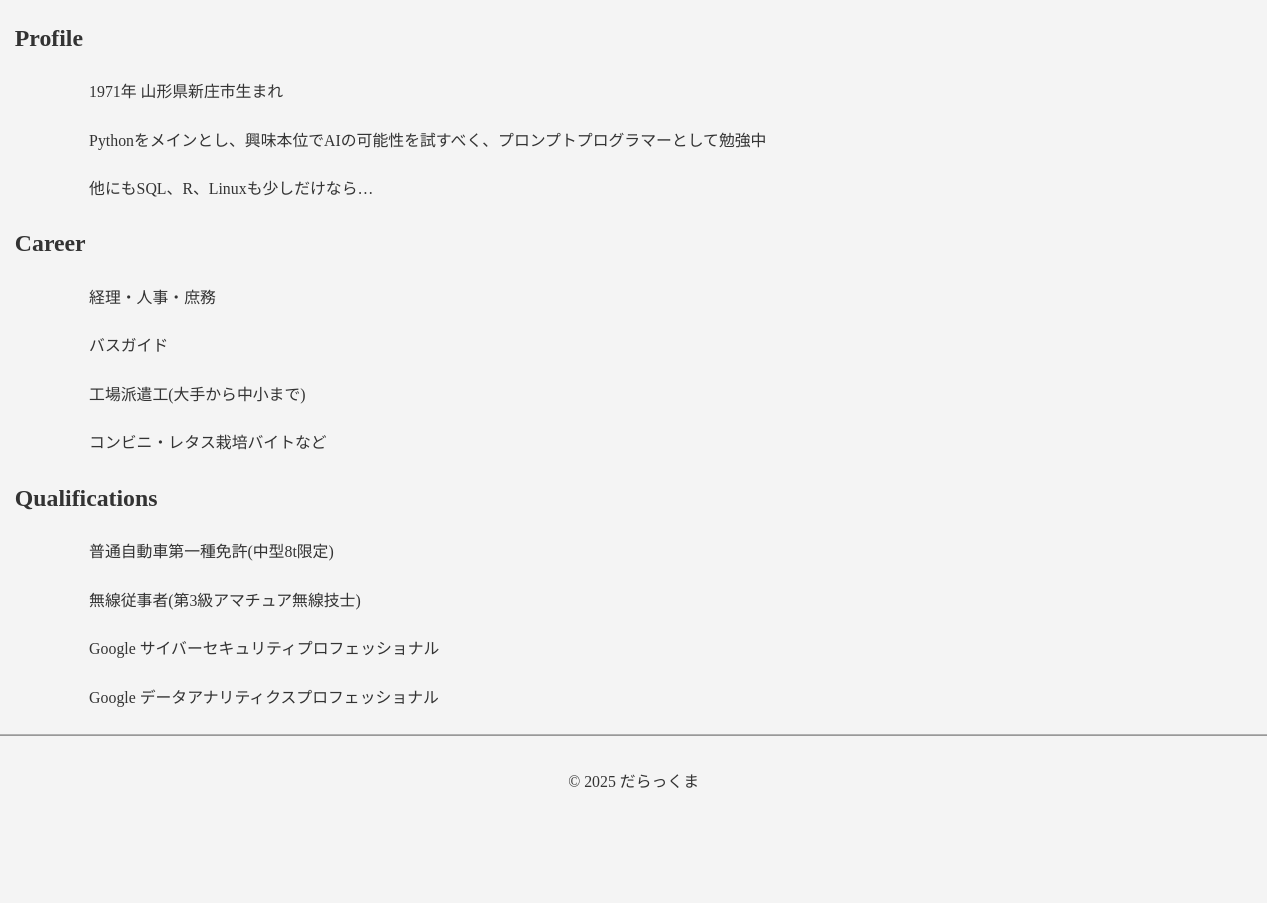
Repository: rydeen7907/html
Page: profile.html
The author's editor kept a copy of each file at every save. The page is drawn from the files as they stood at one save, then again after the next save.
The browser window is 1280 px wide. The pictures show the whole page, at 99% of full size.

Above is the page before, as saved 2025-04-27 17:48:36.

After the next save:
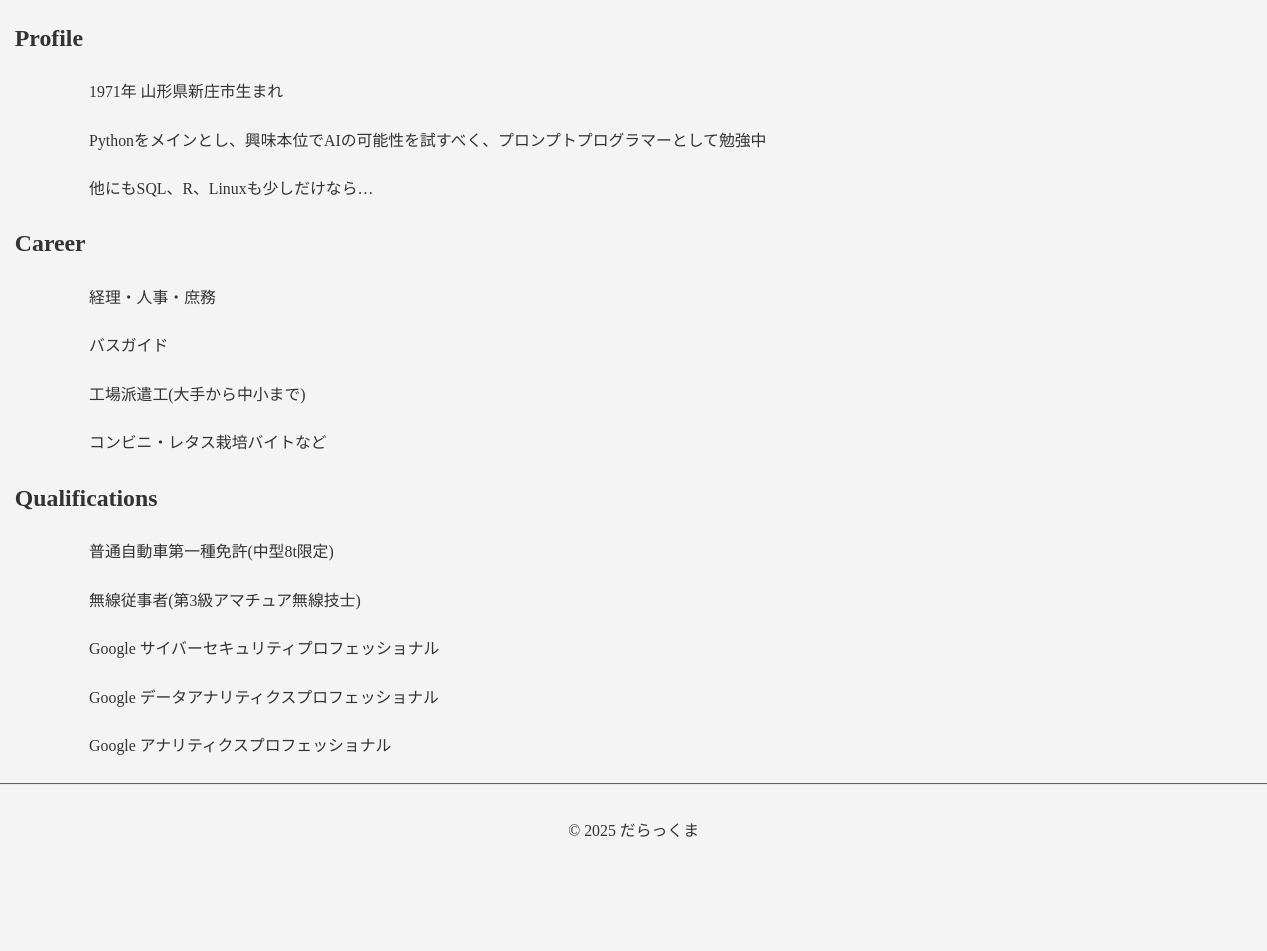
Saved 4 s later.
--- a/profile.html
+++ b/profile.html
@@ -29,7 +29,7 @@
         <p>無線従事者(第3級アマチュア無線技士)</p>
         <p>Google サイバーセキュリティプロフェッショナル</p>
         <p>Google データアナリティクスプロフェッショナル</p>
-
+        <p>Google アナリティクスプロフェッショナル</p>
         </ul>
 
     </main>
